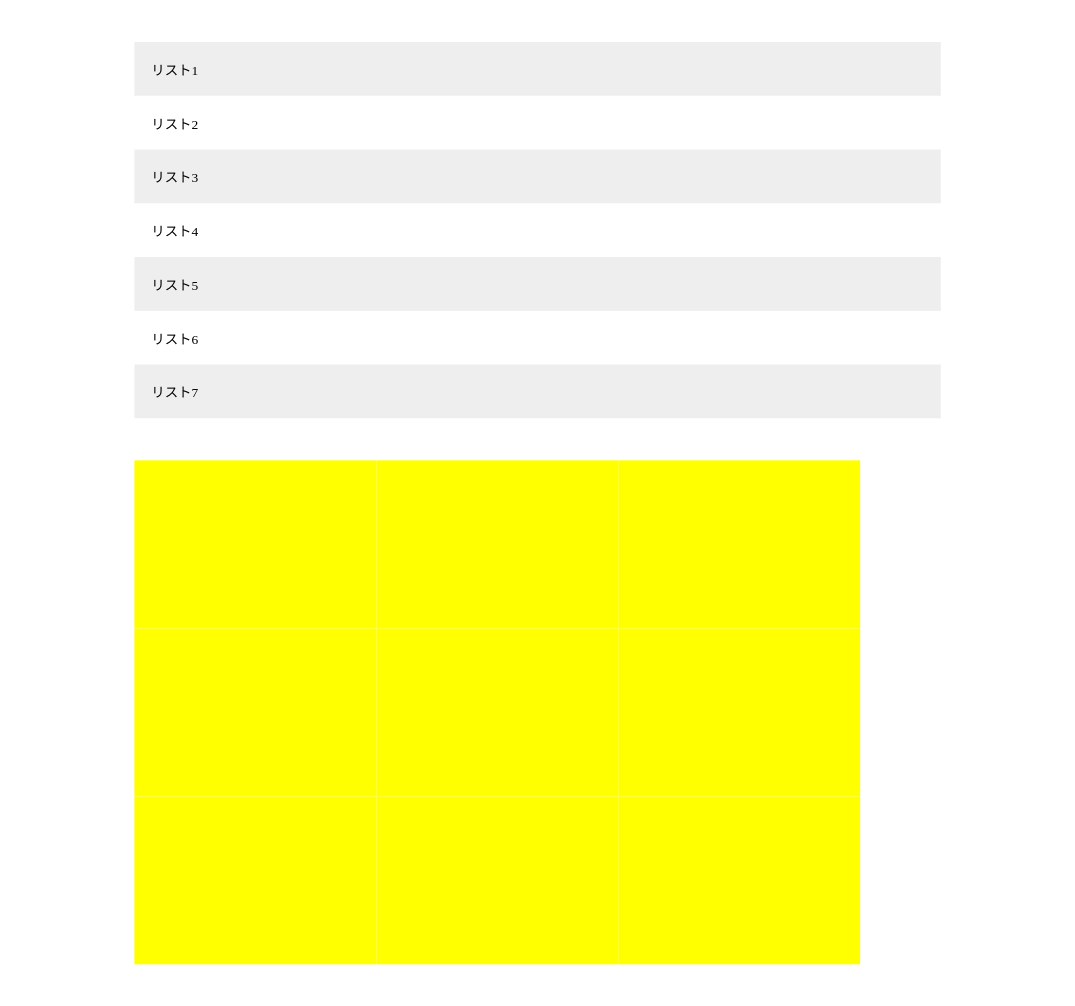
Repository: shizuki-okuma/dmm-webcamp
Page: chapter8-exercise/chapter8-exercise.html
The author's editor kept a record of every edit. The page is drawn from the files as they stood at one moment, then again after the next edit.
The browser window is 1280 px wide. The pictures show the whole page, at 84% of full size.

Above is the page before.

After the next edit:
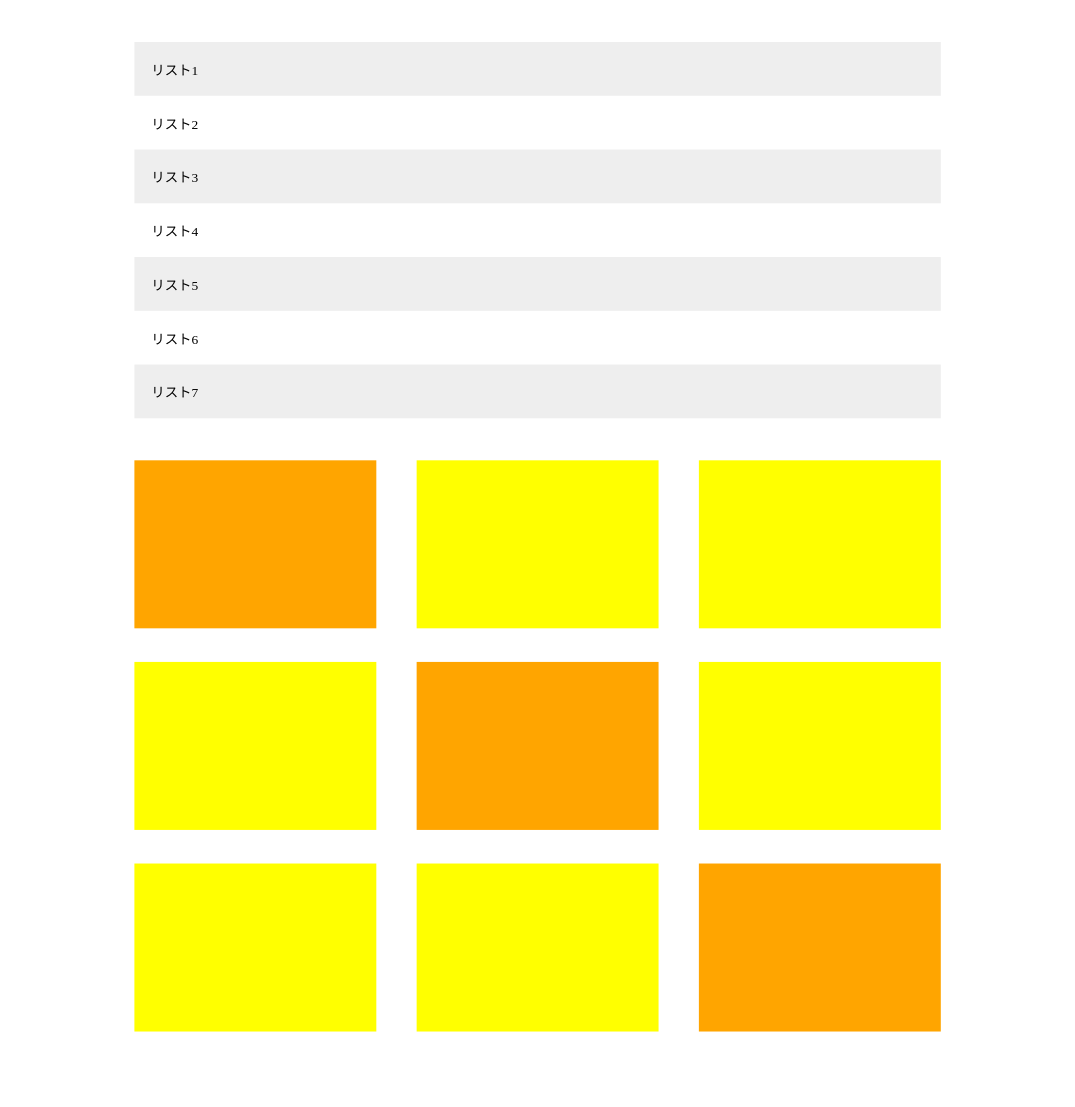
The edit:
--- a/chapter8-exercise/style8.css
+++ b/chapter8-exercise/style8.css
@@ -25,10 +25,16 @@
   background-color: yellow;
   width: 30%;
   height: 200px;
+  margin-right: 5%;
+  margin-bottom: 40px;
 }
-.box:first-child,
-.box:nth-child(5),
-.box:last-child {
+
+.box1:first-child,
+.box1:nth-child(5),
+.box1:last-child {
   background-color: orange;
+}
+.box1:nth-child(3n) {
+  margin-right: 0;
 
 }
